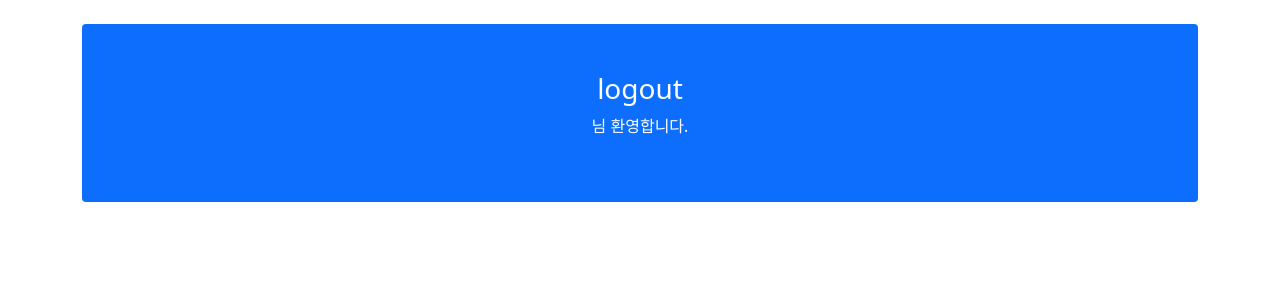
Repository: juhee1020/studying
Page: http://localhost/lec03_mvc/login/logout.jsp
These files come from the project's save history. The page is drawn as it stood at one moment and after the next save; the edit follows.
The browser window is 1280 px wide. The pictures show the whole page.
Some web libraries are served in a nearby version. The page is served by Tomcat 9. Nobody is signed in. The application's start-up code is not run. Other server files are loaded and not shown.

Above is the page before, as saved 2022-12-28 03:09:53.

### Spring/lec03_mvc/src/main/webapp/login/logout.jsp
<%@page language="java" contentType="text/html; charset=UTF-8" pageEncoding="UTF-8"%>
<%@taglib uri="http://java.sun.com/jsp/jstl/core" prefix="c" %>
<!DOCTYPE html>
<html>
<head>
   <title>Spring Framework</title>
   <meta charset="UTF-8">
    <meta name="viewport" content="width=device-width, initial-scale=1">
   <link rel="stylesheet" href="https://use.fontawesome.com/releases/v5.4.1/css/all.css"
      integrity="sha384-5sAR7xN1Nv6T6+dT2mhtzEpVJvfS3NScPQTrOxhwjIuvcA67KV2R5Jz6kr4abQsz"
      crossorigin="anonymous">
   <link href="https://cdn.jsdelivr.net/npm/bootstrap@5.0.2/dist/css/bootstrap.min.css" rel="stylesheet" integrity="sha384-EVSTQN3/azprG1Anm3QDgpJLIm9Nao0Yz1ztcQTwFspd3yD65VohhpuuCOmLASjC" crossorigin="anonymous">
   <script src="https://cdn.jsdelivr.net/npm/bootstrap@5.0.2/dist/js/bootstrap.bundle.min.js" integrity="sha384-MrcW6ZMFYlzcLA8Nl+NtUVF0sA7MsXsP1UyJoMp4YLEuNSfAP+JcXn/tWtIaxVXM" crossorigin="anonymous"></script>
</head>
<body>
   <div class="container" align="center">
      <div class="mt-4 p-5 bg-primary text-white rounded">
         <h3>logout</h3>
         <p>${sessionScope.user.getId()}님 환영합니다.</p>

      </div>
      <br>


   </div>
</body>
</html>

After the next save:
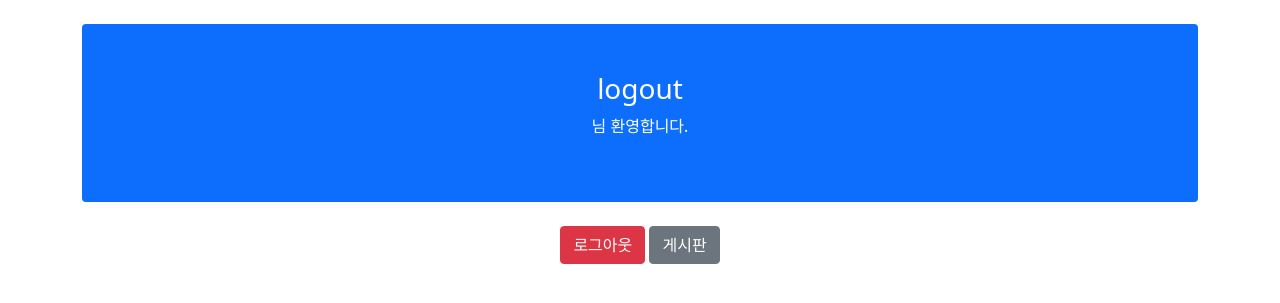
Saved 2 min 30 s later.
--- a/Spring/lec03_mvc/src/main/webapp/login/logout.jsp
+++ b/Spring/lec03_mvc/src/main/webapp/login/logout.jsp
@@ -20,8 +20,11 @@
 
       </div>
       <br>
-
-
+		<c:if test="${sessionScope.isAdmin}">
+			<a href="getUserList.do" class="btn btn-secondary">관리자</a>
+		</c:if>
+		<a href="logout.do" class="btn btn-danger">로그아웃</a>
+		<a href="boardList.do" class="btn btn-secondary">게시판</a>
    </div>
 </body>
 </html>
